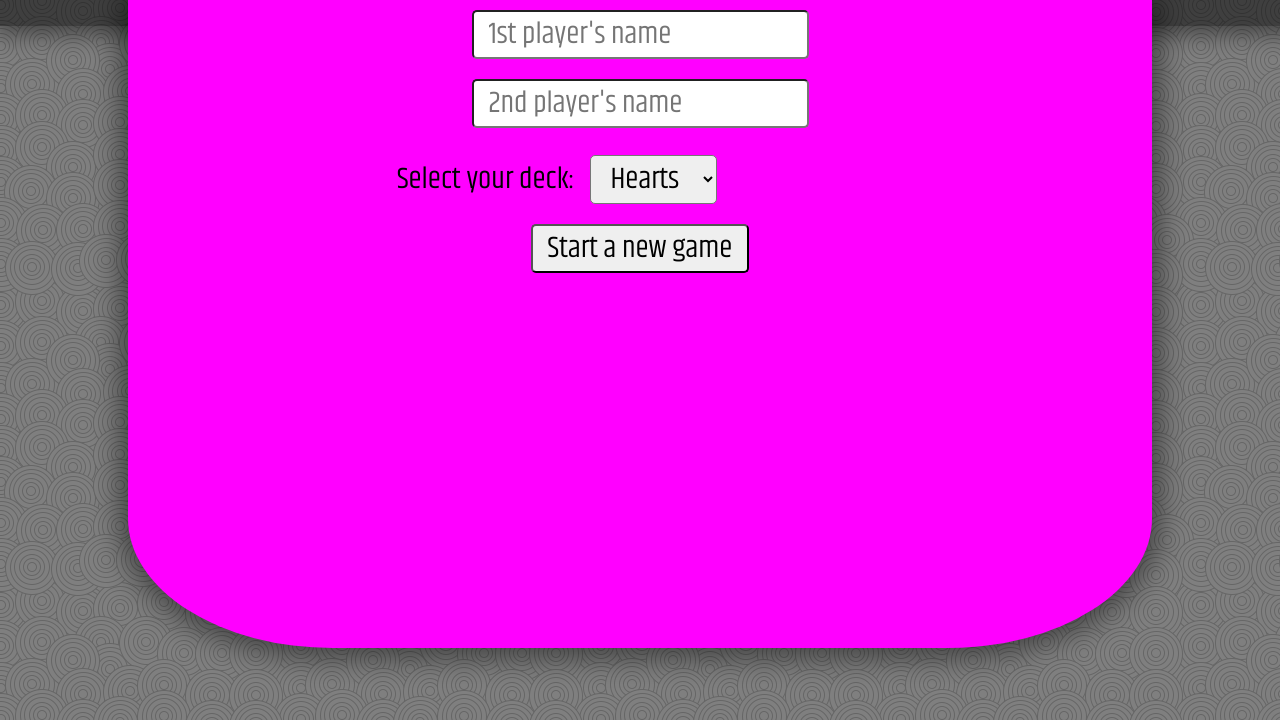
Repository: loragil/memory-game
Page: index.html
The author's editor kept a record of every edit. The page is drawn from the files as they stood at one moment, then again after the next edit.
The browser window is 1280 px wide. The pictures show the whole page.

Above is the page before.
Console error: SyntaxError: Unexpected token ')'

### index.html
<!DOCTYPE html>
<html>

<head>

    <link rel="stylesheet" type="text/css" href="https://fonts.googleapis.com/css?family=Khand">
    <link rel="stylesheet" href="css/reset.css" type="text/css" />
    <link rel="stylesheet" href="css/game.css" type="text/css" />
    <link rel="stylesheet" href="css/phone-default.css" type="text/css" />
    <link rel="stylesheet" href="css/tablet.css" type="text/css" />
    <link rel="stylesheet" href="css/desktop.css" type="text/css" />
    <link rel="import" href="components/game-card.html">
    <title>Memory Game</title>

</head>

<body>
    <div id="container">
        <div id="startScreen">
            <div class="wrapper">
                <div>
                    <label for="playerAName">
                        <input type="text" name="playerAName" placeholder="1st player's name" />
                    </label>
                </div>

                <div>
                    <label for="playerBName">
                        <input type="text" name="playerBName" placeholder="2nd player's name" />
                    </label>
                </div>

                <div>
                    <label for="selectDeck">
                        Select your deck:
                        <select name="selectDeck" id="selectDeck">
                            <option value="hearts">Hearts</option>
                            <option value="stars">Stars</option>
                            <option value="mat">Mat</option>
                            <option value="arrows">Arrows</option>
                            <option value="zigzag">Zig Zag</option>
                        </select>
                    </label>

                    <div class="preview"></div>
                </div>

                <div>
                    <input id="startNew" type="button" value="Start a new game" />
                </div>
            </div>

            <div class="eye left"><i><i><i><i><s></s><u></u></i></i>
                </i>
                </i>
            </div>
            <div class="eye right"><i><i><i><i><s></s><u></u></i></i>
                </i>
                </i>
            </div>
        </div>

        <div class="game">

            <div class="details">
                <div>
                    <span>Pairs left to match: </span>
                    <span id="pairsLeft"></span>
                </div>
                <div>
                    <span>It's <em class="currentPlayer"></em>'s turn</span>
                </div>
            </div>

            <div id="playerA">
                <h3></h3>
                <ul></ul>
            </div>

            <div class="board"></div>

            <div id="playerB">
                <h3></h3>
                <ul></ul>
            </div>

        </div>
    </div>
    <script type="text/javascript" src="js/game.js"></script>
</body>

</html>

### css/game.css
html {
    font-size: 10px;
}
body {
    font-size: 62.5%;
}
html,
body {
    height: 100%;
    font-family: 'Khand', sans-serif, Arial;
}
input,
select,
label {
    font-size: 3rem;
    margin: 1rem;
    border-radius: 0.5rem;
    padding: 0 1.5rem;
    font-family: khand;
}
.preview {
    display: inline-block;
    width: 15rem;
    height: 5rem;
    transform: translateY(1.5rem);
    border-radius: 5rem;
}
/* deck patterns: */

.preview.arrows {
    background: linear-gradient(45deg, #92baac 45px, transparent 45px)64px 64px, linear-gradient(45deg, #92baac 45px, transparent 45px, transparent 91px, #e1ebbd 91px, #e1ebbd 135px, transparent 135px), linear-gradient(-45deg, #92baac 23px, transparent 23px, transparent 68px, #92baac 68px, #92baac 113px, transparent 113px, transparent 158px, #92baac 158px);
    background-color: #e1ebbd;
    background-size: 128px 128px;
}
.preview.zigzag {
    background: linear-gradient(135deg, #ECEDDC 25%, transparent 25%) -50px 0, linear-gradient(225deg, #ECEDDC 25%, transparent 25%) -50px 0, linear-gradient(315deg, #ECEDDC 25%, transparent 25%), linear-gradient(45deg, #ECEDDC 25%, transparent 25%);
    background-size: 100px 100px;
    background-color: #EC173A;
}
.preview.mat {
    background: radial-gradient(circle at 0% 50%, rgba(96, 16, 48, 0) 9px, #613 10px, rgba(96, 16, 48, 0) 11px) 0px 10px, radial-gradient(at 100% 100%, rgba(96, 16, 48, 0) 9px, #613 10px, rgba(96, 16, 48, 0) 11px), #8a3;
    background-size: 20px 20px;
}
.preview.hearts {
    background: radial-gradient(circle closest-side at 60% 43%, #b03 26%, rgba(187, 0, 51, 0) 27%), radial-gradient(circle closest-side at 40% 43%, #b03 26%, rgba(187, 0, 51, 0) 27%), radial-gradient(circle closest-side at 40% 22%, #d35 45%, rgba(221, 51, 85, 0) 46%), radial-gradient(circle closest-side at 60% 22%, #d35 45%, rgba(221, 51, 85, 0) 46%), radial-gradient(circle closest-side at 50% 35%, #d35 30%, rgba(221, 51, 85, 0) 31%), radial-gradient(circle closest-side at 60% 43%, #b03 26%, rgba(187, 0, 51, 0) 27%) 50px 50px, radial-gradient(circle closest-side at 40% 43%, #b03 26%, rgba(187, 0, 51, 0) 27%) 50px 50px, radial-gradient(circle closest-side at 40% 22%, #d35 45%, rgba(221, 51, 85, 0) 46%) 50px 50px, radial-gradient(circle closest-side at 60% 22%, #d35 45%, rgba(221, 51, 85, 0) 46%) 50px 50px, radial-gradient(circle closest-side at 50% 35%, #d35 30%, rgba(221, 51, 85, 0) 31%) 50px 50px;
    background-color: #b03;
    background-size: 100px 100px;
}
.preview.stars {
    background: linear-gradient(324deg, #232927 4%, transparent 4%) -70px 43px, linear-gradient( 36deg, #232927 4%, transparent 4%) 30px 43px, linear-gradient( 72deg, #e3d7bf 8.5%, transparent 8.5%) 30px 43px, linear-gradient(288deg, #e3d7bf 8.5%, transparent 8.5%) -70px 43px, linear-gradient(216deg, #e3d7bf 7.5%, transparent 7.5%) -70px 23px, linear-gradient(144deg, #e3d7bf 7.5%, transparent 7.5%) 30px 23px, linear-gradient(324deg, #232927 4%, transparent 4%) -20px 93px, linear-gradient( 36deg, #232927 4%, transparent 4%) 80px 93px, linear-gradient( 72deg, #e3d7bf 8.5%, transparent 8.5%) 80px 93px, linear-gradient(288deg, #e3d7bf 8.5%, transparent 8.5%) -20px 93px, linear-gradient(216deg, #e3d7bf 7.5%, transparent 7.5%) -20px 73px, linear-gradient(144deg, #e3d7bf 7.5%, transparent 7.5%) 80px 73px;
    background-color: #232927;
    background-size: 100px 100px;
}
#container {
    position: relative;
    height: 100%;
    background-image: url('../assets/images/swirl_pattern.png');
    overflow: hidden;
}
#startScreen {
    position: fixed;
    width: 100%;
    height: 100%;
    z-index: 1;
    background-color: rgba(0, 0, 0, 0.5);
    transition: all 0.6s;
    overflow: hidden;
}
#startScreen .wrapper {
    width: 80%;
    margin: 0px auto;
    text-align: center;
    top: 0rem;
    left: 50%;
    height: 90%;
    position: fixed;
    transform: translateX(-50%);
    z-index: 5;
    background: fuchsia;
    /*border-radius: 0 0 65% 65%;*/
    /*border-radius: 50% 0% 115% 10%;*/

    border-radius: 0% 0% 20% 20%;
    box-shadow: 0px 0.2rem 3rem 0.7rem rgba(0, 0, 0, 0.5);
}
#startScreen .content {
    position: absolute;
    top: 50%;
    left: 50%;
    transform: translate(-50%, -50%);
}
#container.inGame #startScreen {
    top: -100%;
}
.game {
    position: relative;
    font-size: 2.6rem;
    overflow: hidden;
    width: 100%;
    height: 100%;
}
.details {
    padding: 0 1rem;
    text-align: center;
    position: fixed;
    width: 100%;
    background: rgba(0, 0, 0, 0.5);
    box-shadow: 0px 0.2rem 2.5rem 0.5rem rgba(0, 0, 0, 0.5);
}
.details >div {
    display: inline-block;
    margin: 0 1rem;
}
#playerA,
#playerB {
    position: absolute;
    top: 50%;
    transform: translateY(-50%);
    width: 10%;
    text-align: center;
}
#playerA img,
#playerB img {
    width: 8rem;
    position: absolute;
}
#playerA img:first-child,
#playerB img:first-child {
    transform: translateX(20px);
}
#playerB img:first-child {
    z-index: 1;
}
#playerA {
    left: 0;
}
#playerB {
    right: 0;
}
li {
    position: relative;
    height: 10rem;
}
.board {
    width: 74rem;
    height: 100%;
    margin: 2rem auto 0;
    display: flex;
    flex-direction: row;
    flex-wrap: wrap;
    align-items: center;
    justify-content: center;
    align-content: center;
}
game-card {
    flex: 0 0 auto;
    margin: 1rem;
    transition: opacity .3s ease-out;
}

### css/phone-default.css
@media only screen and (max-width: 640px) {

    body:after {
        content: 'tablet';
        display: none;
    }

    /*.details {
        background-color: green;
    }*/

} /*end of the media query*/

### css/tablet.css
@media only screen and (min-width: 641px) {

    body:after {
        content: 'tablet';
        display: none;
    }

    /*.details {
        background-color: blue;
    }*/

} /*end of the media query*/

### css/desktop.css
@media only screen and (min-width: 1140px) {

    body:after {
        content: 'desktop';
        display: none;
    }

    /*.details {
        background-color: red;
    }*/
} /*end of the media query*/

### js/game.js
;
(function() {
    'use strict';

    var cardTypes = [{
        id: '8-ball',
        source: 'http://igorminar.github.io/Memory-Game/app/img/8-ball.png'
    }, {
        id: 'baked-potato',
        source: 'http://igorminar.github.io/Memory-Game/app/img/baked-potato.png'
    }, {
        id: 'dinosaur',
        source: 'http://igorminar.github.io/Memory-Game/app/img/dinosaur.png'
    }, {
        id: 'kronos',
        source: 'http://igorminar.github.io/Memory-Game/app/img/kronos.png'
    }, {
        id: 'rocket',
        source: 'http://igorminar.github.io/Memory-Game/app/img/rocket.png'
    }, {
        id: 'skinny-unicorn',
        source: 'http://igorminar.github.io/Memory-Game/app/img/skinny-unicorn.png'
    }, {
        id: 'that-guy',
        source: 'http://igorminar.github.io/Memory-Game/app/img/that-guy.png'
    }, {
        id: 'zeppelin',
        source: 'http://igorminar.github.io/Memory-Game/app/img/zeppelin.png'
    }];

    function shuffle(deck) {
        for (var j, x, i = deck.length; i; j = parseInt(Math.random() * i), x = deck[--i], deck[i] = deck[j], deck[j] = x);
        return deck;
    };

    function createCards(cardTypes) {
        var deck = [],
            card;

        for (var i = 0; i < cardTypes.length; i++) {
            card = '<game-card card_id="' + cardTypes[i].id + '" card_source="' + cardTypes[i].source + '"></game-card>';
            deck.push(card);
            card = '<game-card card_id="' + cardTypes[i].id + '" card_source="' + cardTypes[i].source + '"></game-card>';
            deck.push(card);
        }

        return shuffle(deck);
    }

    function createBoard(deck) {
        var board = document.querySelector('.board');
        board.innerHTML = deck.join('');
    }

    var deck = createCards(cardTypes);
    createBoard(deck);

    function isGameRunning() {
        return deck.length > 0;
    }

    function setPlayersNames(playerA, playerB) {
        document.querySelector('#playerA h3').innerHTML = playerA;
        document.querySelector('#playerB h3').innerHTML = playerB;

        currentPlayerPlaceHolder.innerHTML = playerA;
    }

    var players = [{
        id: 'playerA',
        name: '',
        score: 0
    }, {
        id: 'playerB',
        name: '',
        score: 0
    }];

    var currentPlayerPlaceHolder = document.querySelector('.currentPlayer');

    var currentPlayer = 0;


    var visibleCards = [];
    var pairsCount = cardTypes.length;
    document.getElementById('pairsLeft').innerHTML = pairsCount;

    function switchPlayer() {
        currentPlayer = currentPlayer === 0 ? 1 : 0;
        currentPlayerPlaceHolder.innerHTML = players[currentPlayer].name;
    }

    function isMatch(cards) {
        return cards[0].getAttribute('card_id') === cards[1].getAttribute('card_id');
    }

    function removePair() {
        /*visibleCards[0].remove();
                    visibleCards[1].remove();*/


        visibleCards[0].style.opacity = 0;
        visibleCards[0].style.pointerEvents = 'none';
        visibleCards[1].style.opacity = 0;
        visibleCards[1].style.pointerEvents = 'none';

        pairsCount--;
        document.getElementById('pairsLeft').innerHTML = pairsCount;
    }

    function flipBack() {
        visibleCards[0].setAttribute('hide', true);
        visibleCards[1].setAttribute('hide', true);
    }

    function assignToPlayer() {
        var li = document.createElement('li');
        var img = document.createElement('img');
        img.src = visibleCards[0].getAttribute('card_source');
        li.appendChild(img.cloneNode(true));
        li.appendChild(img);
        document.querySelector('#' + players[currentPlayer].id + ' ul').appendChild(li);
    };

    var gameCards = document.querySelectorAll('game-card');

    [].forEach.call(gameCards, function(DOMcard) {
        DOMcard.addEventListener('click', function() {
            if (this == visibleCards[0]) {
                return;
            }

            visibleCards.push(this);
            this.setAttribute('block', '');

            if (visibleCards.length == 2) {

                [].forEach.call(gameCards, function(c) {
                    c.setAttribute('block', '');
                });

                setTimeout(function() {
                    if (isMatch(visibleCards)) {
                        assignToPlayer();
                        removePair();
                        players[currentPlayer].score += 1;
                        if (pairsCount === 0) {
                            var winnerId = players[0].score === players[1].score ? "draw" : players[0].score > players[1].score ? 0 : 1;

                            alert('game over, ' + players[winnerId].name + ' wins!');
                        }
                    }
                    else {
                        flipBack();
                        switchPlayer();
                    }

                    // reset visibleCards;
                    visibleCards.length = 0;

                    [].forEach.call(gameCards, function(c) {
                        c.removeAttribute('block');
                        c.removeAttribute('hide');
                    });
                }, 1500);

            }

            // display message


        });
    });


    /************************** game UI logic ********************************/
    document.getElementById('startNew').addEventListener('click', function() {
        start();
    });

    function start() {
        var container = document.getElementById('container'),
            nameA = document.querySelector('[name=playerAName]'),
            nameB = document.querySelector('[name=playerBName]');
        players[0].name = nameA.value;
        players[1].name = nameB.value;

        setPlayersNames(players[0].name, players[1].name)
        container.classList.add('inGame');


        /*var gameCards = document.querySelectorAll('game-card');
        var backImage = document.getElementById('selectDeck').value;
        document.getElementByClassName('preview').classList.add(backImage);
        for (var i = 0; i < gameCards.length; i++) {
            var back = gameCards[i].shadowRoot.querySelector('.back');
            back.classList.add(backImage);
        }*/
    }

document.onLoad = function (){
    var deckSelect = document.getElementById('selectDeck');
    deckSelect.addEventListener('onchange', function() {
        updateSelectedDeck();
    });



    function updateSelectedDeck() {
        var gameCards = document.querySelectorAll('game-card');
        var backImage = deckSelect.value;
        document.getElementByClassName('preview').classList.add(backImage);
        for (var i = 0; i < gameCards.length; i++) {
            var back = gameCards[i].shadowRoot.querySelector('.back');
            back.classList.add(backImage);
        }
    }

    /*eye - follow animation*/
    function eyeTracking() {
        var mouseX = 0,
            mouseY = 0,
            limitX = 20,
            limitY = 20;

        document.getElementById('startScreen').addEventListener('mousemove', function(e) {
            for (var i = 0; i < follower.length; i++) {
                var offset = document.querySelectorAll('.eye i i i i');
                mouseX = Math.min(e.pageX - offset[i].offsetLeft, limitX);
                mouseY = Math.min(e.pageY - offset[i].offsetTop, limitY);
            }
            if (mouseX < 0) mouseX = 0;
            if (mouseY < 0) mouseY = 0;
        });

        var follower = document.querySelectorAll('.eye u'),
            xp = 0,
            yp = 0,
            loop = setInterval(function() {
                xp += (mouseX - xp) / 1;
                yp += (mouseY - yp) / 1;

                for (var i = 0; i < follower.length; i++) {
                    follower[i].style.left = xp + 'px';
                    follower[i].style.top = yp + 'px';
                }
                /*follower.style.left = xp + 'px';
                follower.style.top = yp + 'px';*/

            }, 30);
    }
    eyeTracking();

}());

Loaded but not shown: css/reset.css (common file)

After the next edit:
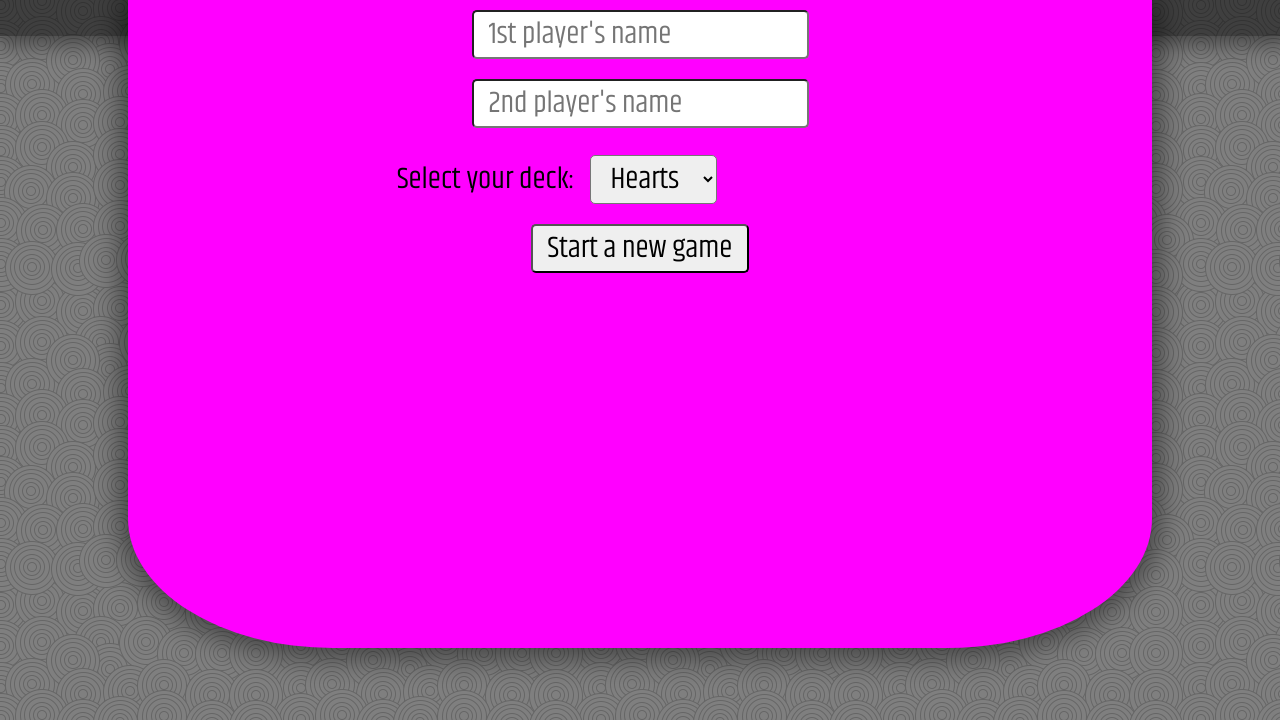
The edit:
--- a/css/game.css
+++ b/css/game.css
@@ -103,6 +103,7 @@
     padding: 0 1rem;
     text-align: center;
     position: fixed;
+    padding: 0.5rem;
     width: 100%;
     background: rgba(0, 0, 0, 0.5);
     box-shadow: 0px 0.2rem 2.5rem 0.5rem rgba(0, 0, 0, 0.5);
